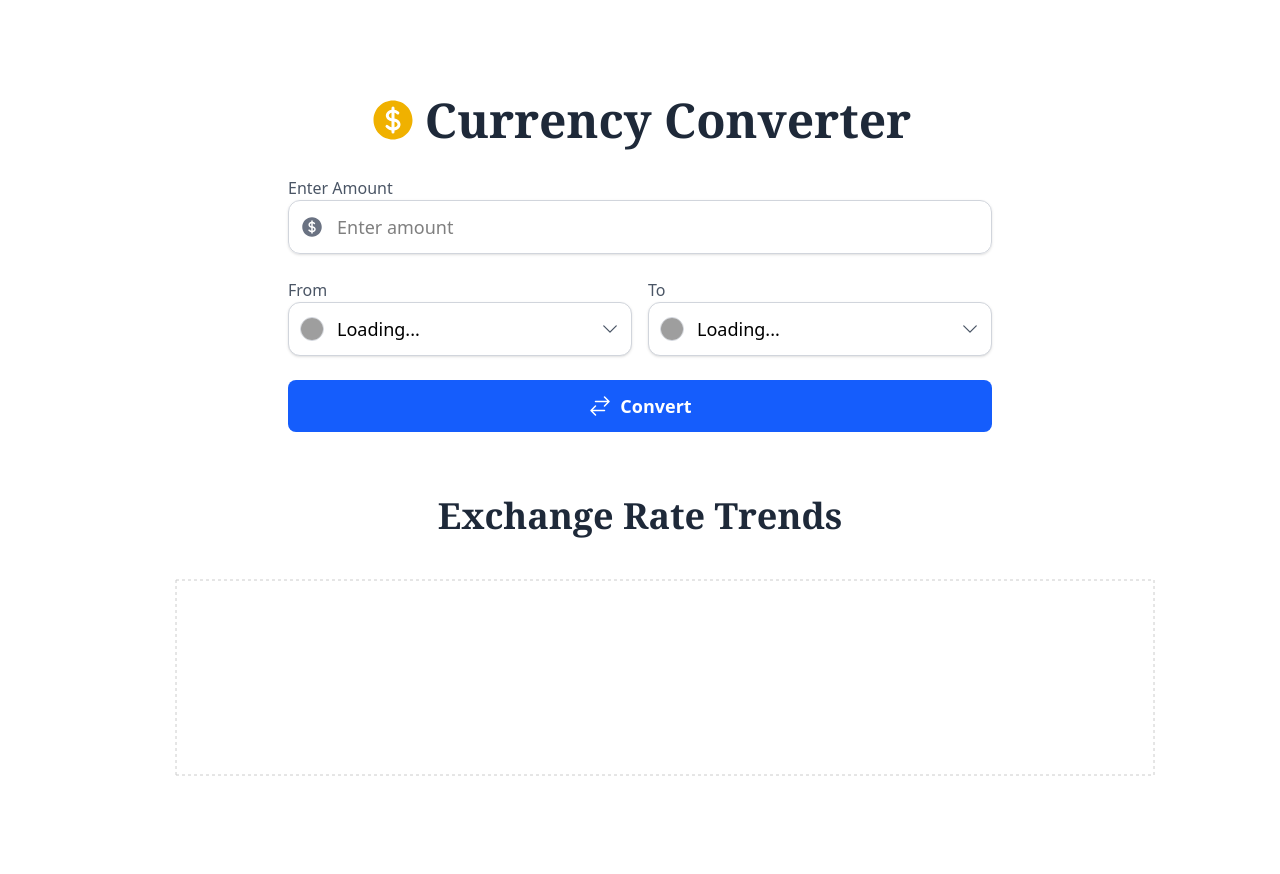
Repository: adrcstro/withcenter_developer_exam
Page: /
These files come from the project's save history. The page is drawn as it stood at one moment and after the next save; the edit follows.
The browser window is 1280 px wide. The pictures show the whole page.
Pictures or frames that could not be fetched are drawn as grey boxes. The page's requests for data from a server got no answer. The project was rebuilt for these pictures with package versions that can differ from the ones it lists, and the page was loaded fresh each time. No one was signed in, and anything a server would have sent is missing. Also part of the build but not shown: vite.config.ts.

Above is the page before, as saved 2025-03-20 08:57:12.

### index.html
<!doctype html>
<html lang="en">
  <head>
    <meta charset="UTF-8" />
    <link rel="icon" type="image/svg+xml" href="/vite.svg" />
    <meta name="viewport" content="width=device-width, initial-scale=1.0" />
    <title>Vite + React + TS</title>
    <!-- public/index.html -->
  <link href="https://fonts.googleapis.com/css2?family=Montserrat:wght@300;400;500;700&display=swap" rel="stylesheet">


  </head>
  <body>
    <div id="root"></div>
    <script type="module" src="/src/main.tsx"></script>
  </body>
</html>

### src/main.tsx

import { createRoot } from 'react-dom/client'
import './index.css'
import App from './App.tsx'

createRoot(document.getElementById('root')!).render(

    <App />

)

### src/App.tsx
import { Provider } from "react-redux";
import { QueryClient, QueryClientProvider } from "@tanstack/react-query";
import { store } from "./Store/store";
import { useAppDispatch, useAppSelector } from "./Store/hooks";
import { setAmount, setFromCurrency, setToCurrency, setConvertedAmount } from "./Store/exchangeRateSlice";
import { useExchangeRates, useSupportedCurrencies } from "./Store/useExchangeRates";
import { ArrowsRightLeftIcon, CurrencyDollarIcon } from "@heroicons/react/24/solid";
import { AreaChart, Area, XAxis, YAxis, CartesianGrid, Tooltip, ResponsiveContainer } from "recharts";
import { ChevronDownIcon } from "@heroicons/react/24/solid"; // Import Heroicons
const queryClient = new QueryClient();
interface Currency {
  code: string;
  name: string;
}
const currencyToCountryCode: Record<string, string> = {
  USD: "us", EUR: "eu", GBP: "gb", JPY: "jp", AUD: "au", CAD: "ca", CHF: "ch", CNY: "cn",
  INR: "in", BRL: "br", ZAR: "za", MXN: "mx", AED: "ae", AFN: "af", ALL: "al", AMD: "am",
  ANG: "an", AOA: "ao", ARS: "ar", AWG: "aw", AZN: "az", BBD: "bb", BDT: "bd", BGN: "bg",
  BHD: "bh", BIF: "bi", BMD: "bm", BND: "bn", BOB: "bo", BSD: "bs", BTN: "bt", BWP: "bw",
  BYN: "by", BZD: "bz", CLP: "cl", COP: "co", CRC: "cr", CUP: "cu", CVE: "cv", CZK: "cz",
  DJF: "dj", DKK: "dk", DOP: "do", DZD: "dz", EGP: "eg", ERN: "er", ETB: "et", FJD: "fj",
  FKP: "fk", FOK: "fo", GEL: "ge", GGP: "gg", GHS: "gh", GIP: "gi", GMD: "gm", GNF: "gn",
  GTQ: "gt", GYD: "gy", HKD: "hk", HNL: "hn", HRK: "hr", HTG: "ht", HUF: "hu", IDR: "id",
  ILS: "il", ISK: "is", JMD: "jm", JOD: "jo", KES: "ke", KGS: "kg", KHR: "kh", KMF: "km",
  KRW: "kr", KWD: "kw", KYD: "ky", KZT: "kz", LAK: "la", LBP: "lb", LKR: "lk", LRD: "lr",
  LSL: "ls", LYD: "ly", MAD: "ma", MDL: "md", MGA: "mg", MKD: "mk", MMK: "mm", MNT: "mn",
  MOP: "mo", MRU: "mr", MUR: "mu", MVR: "mv", MWK: "mw", MYR: "my", MZN: "mz", NAD: "na",
  NGN: "ng", NIO: "ni", NOK: "no", NPR: "np", NZD: "nz", OMR: "om", PAB: "pa", PEN: "pe",
  PGK: "pg", PHP: "ph", PKR: "pk", PLN: "pl", PYG: "py", QAR: "qa", RON: "ro", RSD: "rs",
  RUB: "ru", RWF: "rw", SAR: "sa", SBD: "sb", SCR: "sc", SDG: "sd", SEK: "se", SGD: "sg",
  SHP: "sh", SLL: "sl", SOS: "so", SRD: "sr", SSP: "ss", STN: "st", SYP: "sy", SZL: "sz",
  THB: "th", TJS: "tj", TMT: "tm", TND: "tn", TOP: "to", TRY: "tr", TTD: "tt", TZS: "tz",
  UAH: "ua", UGX: "ug", UYU: "uy", UZS: "uz", VES: "ve", VND: "vn", VUV: "vu", WST: "ws",
  XAF: "cm", XCD: "ag", XOF: "bj", XPF: "pf", YER: "ye", ZMW: "zm", ZWL: "zw",
};


const getFlagUrl = (currencyCode: string) => {
  const countryCode = currencyToCountryCode[currencyCode] || currencyCode.toLowerCase();
  return `https://flagcdn.com/w40/${countryCode}.png`;
};

function CurrencyConverter() {
  const dispatch = useAppDispatch();
  const { fromCurrency, toCurrency, amount, convertedAmount } = useAppSelector((state) => state.exchangeRates);

  const { data: exchangeRates } = useExchangeRates(fromCurrency);
  const { data: currencies, isLoading } = useSupportedCurrencies();

  const handleConvert = () => {
    if (!exchangeRates) return;
    const rate = exchangeRates[toCurrency] || 1;
    dispatch(setConvertedAmount((parseFloat(amount) * rate).toFixed(2)));
  };

  const chartData = exchangeRates
    ? Object.entries(exchangeRates).map(([currency, rate]) => ({ currency, rate }))
    : [];

  return (
    <div className="flex flex-col bg-white justify-center p-8 items-center lg:p-16 md:p-12 min-h-screen">
    <div className="flex flex-col justify-center w-full items-center max-w-[2000px] md:px-8 px-4">


    <div className="bg-white p-4 rounded-xl w-full max-w-3xl md:p-8 sm:p-6">
  <h2 className="flex justify-center text-center text-gray-800 text-xl font-semibold font-serif gap-2 items-center lg:mb-8 lg:text-5xl mb-4 md:mb-6 md:text-4xl sm:mb-5 sm:text-2xl">
    <CurrencyDollarIcon className="h-5 text-yellow-500 w-5 lg:h-12 lg:w-12 md:h-10 md:w-10 sm:h-6 sm:w-6" />
    Currency Converter
  </h2>

  <div className="w-full mb-4 md:mb-6">
    <label className="text-gray-600 text-sm block font-medium sm:text-base">Enter Amount</label>
    <div className="relative">
      <input
        type="number"
        value={amount}
        onChange={(e) => dispatch(setAmount(e.target.value))}
        className="border border-gray-300 rounded-xl shadow-sm text-sm w-full duration-200 focus:outline-none focus:ring-2 focus:ring-blue-500 md:pl-12 md:text-lg pl-8 pr-4 py-2 sm:pl-10 sm:py-3 sm:text-base transition-all"
        placeholder="Enter amount"
      />
      <CurrencyDollarIcon className="h-5 text-gray-500 w-5 -translate-y-1/2 absolute left-3 sm:h-6 sm:w-6 top-1/2" />
    </div>
  </div>

  <div className="flex flex-col gap-4 md:flex-row md:mb-6">
    {/* From Currency */}
    <div className="w-full md:w-1/2">
      <label className="text-gray-600 text-sm block font-medium sm:text-base">From</label>
      <div className="flex items-center relative">
        <img src={getFlagUrl(fromCurrency)} alt={fromCurrency} className="border border-gray-300 h-4 rounded-full w-4 absolute left-3 md:h-6 md:w-6 sm:h-5 sm:w-5" />
        <select
          value={fromCurrency}
          onChange={(e) => dispatch(setFromCurrency(e.target.value))}
          className="bg-white border border-gray-300 rounded-xl shadow-sm text-sm w-full appearance-none duration-200 focus:outline-none focus:ring-2 focus:ring-blue-500 md:pl-12 md:pr-10 md:text-lg pl-8 pr-6 py-2 sm:pl-10 sm:pr-8 sm:py-3 sm:text-base transition-all"
        >
          {isLoading ? (
            <option>Loading...</option>
          ) : (
            currencies?.map(({ code, name }: Currency) => (
              <option key={code} value={code}>
                {code} - {name}
              </option>
            ))
          )}
        </select>
        <ChevronDownIcon className="h-4 text-gray-600 w-4 absolute pointer-events-none right-3 sm:h-5 sm:w-5" />
      </div>
    </div>

    {/* To Currency */}
    <div className="w-full md:w-1/2">
      <label className="text-gray-600 text-sm block font-medium sm:text-base">To</label>
      <div className="flex items-center relative">
        <img src={getFlagUrl(toCurrency)} alt={toCurrency} className="border border-gray-300 h-4 rounded-full w-4 absolute left-3 md:h-6 md:w-6 sm:h-5 sm:w-5" />
        <select
          value={toCurrency}
          onChange={(e) => dispatch(setToCurrency(e.target.value))}
          className="bg-white border border-gray-300 rounded-xl shadow-sm text-sm w-full appearance-none duration-200 focus:outline-none focus:ring-2 focus:ring-blue-500 md:pl-12 md:pr-10 md:text-lg pl-8 pr-6 py-2 sm:pl-10 sm:pr-8 sm:py-3 sm:text-base transition-all"
        >
          {isLoading ? (
            <option>Loading...</option>
          ) : (
            currencies?.map(({ code, name }: Currency) => (
              <option key={code} value={code}>
                {code} - {name}
              </option>
            ))
          )}
        </select>
        <ChevronDownIcon className="h-4 text-gray-600 w-4 absolute pointer-events-none right-3 sm:h-5 sm:w-5" />
      </div>
    </div>
  </div>

  <button
    onClick={handleConvert}
    className="flex bg-blue-600 justify-center rounded-lg text-sm text-white w-full duration-300 font-semibold gap-2 hover:bg-blue-700 items-center md:text-lg py-2 sm:py-3 sm:text-base transition"
  >
    <ArrowsRightLeftIcon className="h-5 w-5 sm:h-6 sm:w-6" />
    Convert
  </button>

  {convertedAmount && (
    <div className="text-center md:mt-6 mt-4 sm:mt-5">
      <p className="text-base text-gray-800 md:text-xl sm:text-lg">
        {amount} {fromCurrency} = <span className="text-green-600 font-bold">{convertedAmount} {toCurrency}</span>
      </p>
    </div>
  )}
</div>


    </div>

    {/* Chart Section */}
    <div className="w-full max-w-7xl md:mt-8 md:px-8 mt-6 px-4">
      <h2 className="flex justify-center text-3xl text-center text-gray-800 font-semibold font-serif gap-2 items-center mb-4 md:mb-6 md:text-4xl">
        Exchange Rate Trends
      </h2>
      <ResponsiveContainer width="100%" height={250}>
        <AreaChart data={chartData} margin={{ top: 20, right: 30, left: 20, bottom: 5 }}>
          <CartesianGrid strokeDasharray="3 3" />
          <XAxis dataKey="currency" />
          <YAxis />
          <Tooltip />
          <Area type="monotone" dataKey="rate" stroke="#8884d8" fill="#8884d8" />
        </AreaChart>
      </ResponsiveContainer>
    </div>
  </div>
  );
}
export default function App() {
  return (
    <Provider store={store}>
      <QueryClientProvider client={queryClient}>
        <CurrencyConverter />
      </QueryClientProvider>
    </Provider>
  );
}

### src/Store/store.ts
// src/store/store.ts
import { configureStore } from "@reduxjs/toolkit";
import exchangeRateReducer from "./exchangeRateSlice";

export const store = configureStore({
  reducer: {
    exchangeRates: exchangeRateReducer,
  },
});

export type RootState = ReturnType<typeof store.getState>;
export type AppDispatch = typeof store.dispatch;

### src/Store/hooks.ts

import { TypedUseSelectorHook, useDispatch, useSelector } from "react-redux";
import type { RootState, AppDispatch } from "./store";

export const useAppDispatch: () => AppDispatch = useDispatch;
export const useAppSelector: TypedUseSelectorHook<RootState> = useSelector;

### src/Store/exchangeRateSlice.ts
// src/store/exchangeRateSlice.ts
import { createSlice, PayloadAction } from "@reduxjs/toolkit";

interface ExchangeRateState {
  fromCurrency: string;
  toCurrency: string;
  amount: string;
  convertedAmount: string;
}

const initialState: ExchangeRateState = {
  fromCurrency: "USD",
  toCurrency: "EUR",
  amount: "",
  convertedAmount: "",
};

const exchangeRateSlice = createSlice({
  name: "exchangeRate",
  initialState,
  reducers: {
    setFromCurrency: (state, action: PayloadAction<string>) => {
      state.fromCurrency = action.payload;
    },
    setToCurrency: (state, action: PayloadAction<string>) => {
      state.toCurrency = action.payload;
    },
    setAmount: (state, action: PayloadAction<string>) => {
      state.amount = action.payload;
    },
    setConvertedAmount: (state, action: PayloadAction<string>) => {
      state.convertedAmount = action.payload;
    },
  },
});

export const { setFromCurrency, setToCurrency, setAmount, setConvertedAmount } = exchangeRateSlice.actions;
export default exchangeRateSlice.reducer;

### src/Store/useExchangeRates.ts
import { useQuery } from "@tanstack/react-query";
import axios from "axios";

const API_KEY = import.meta.env.VITE_EXCHANGE_RATE_API_KEY;
const BASE_URL = "https://v6.exchangerate-api.com/v6";

const fetchCurrencies = async () => {
  const response = await axios.get(`${BASE_URL}/${API_KEY}/codes`);
  return response.data.supported_codes.map(([code, name]: [string, string]) => ({
    code,
    name,
  }));
};
const fetchExchangeRates = async (fromCurrency: string) => {
  const response = await axios.get(`${BASE_URL}/${API_KEY}/latest/${fromCurrency}`);
  return response.data.conversion_rates;
};
export const useExchangeRates = (fromCurrency: string) => {
  return useQuery({
    queryKey: ["exchangeRates", fromCurrency],
    queryFn: () => fetchExchangeRates(fromCurrency),
    staleTime: 1000 * 60 * 10, // 10 minutes cache
  });
};
export const useSupportedCurrencies = () => {
  return useQuery({
    queryKey: ["supportedCurrencies"],
    queryFn: fetchCurrencies,
    staleTime: Infinity,
  });
};

Loaded but not shown: src/index.css (common file)

After the next save:
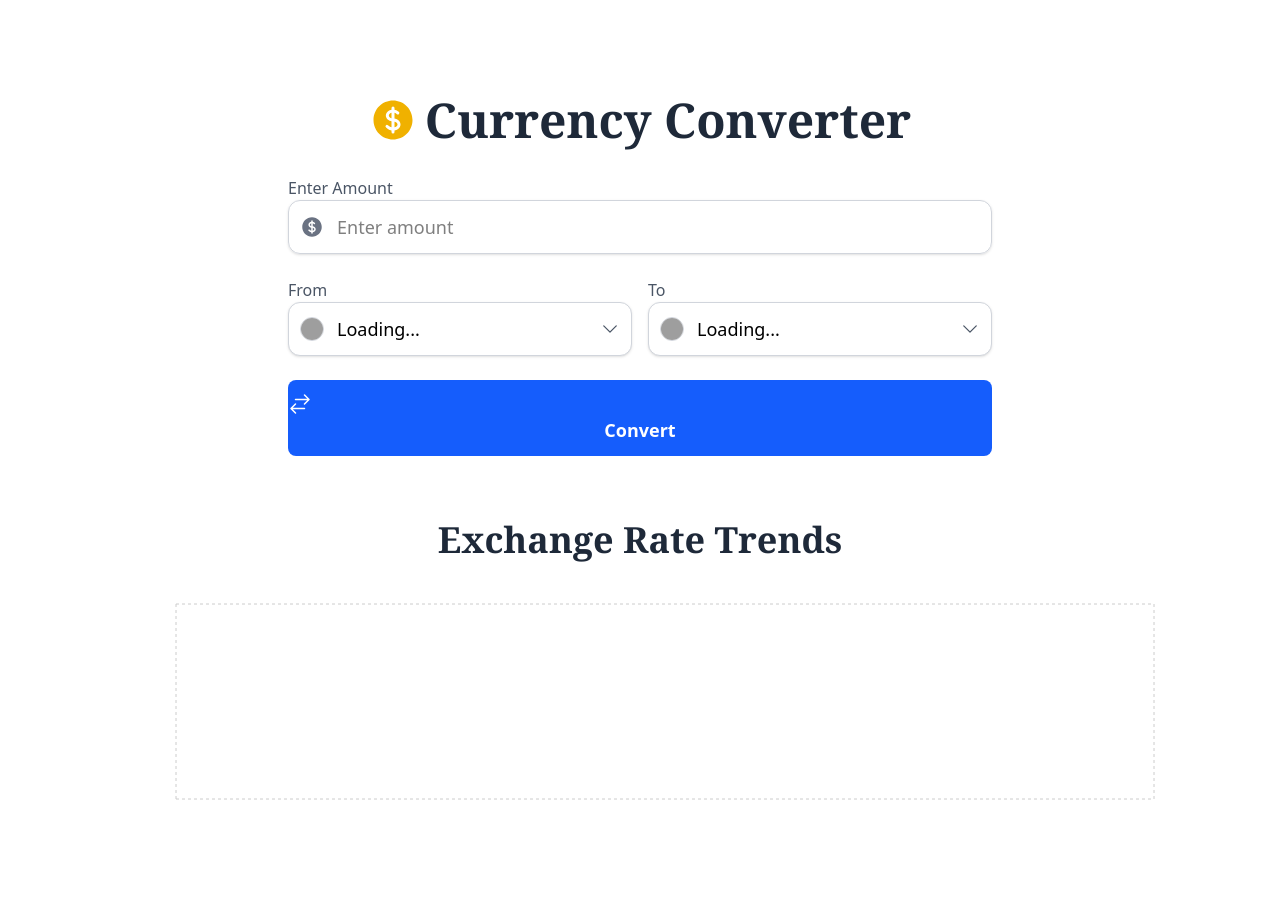
Saved 64 s later.
--- a/src/App.tsx
+++ b/src/App.tsx
@@ -134,7 +134,7 @@
 
   <button
     onClick={handleConvert}
-    className="flex bg-blue-600 justify-center rounded-lg text-sm text-white w-full duration-300 font-semibold gap-2 hover:bg-blue-700 items-center md:text-lg py-2 sm:py-3 sm:text-base transition"
+    className="mt-2flex bg-blue-600 justify-center rounded-lg text-sm text-white w-full duration-300 font-semibold gap-2 hover:bg-blue-700 items-center md:text-lg py-2 sm:py-3 sm:text-base transition"
   >
     <ArrowsRightLeftIcon className="h-5 w-5 sm:h-6 sm:w-6" />
     Convert

After the save that followed:
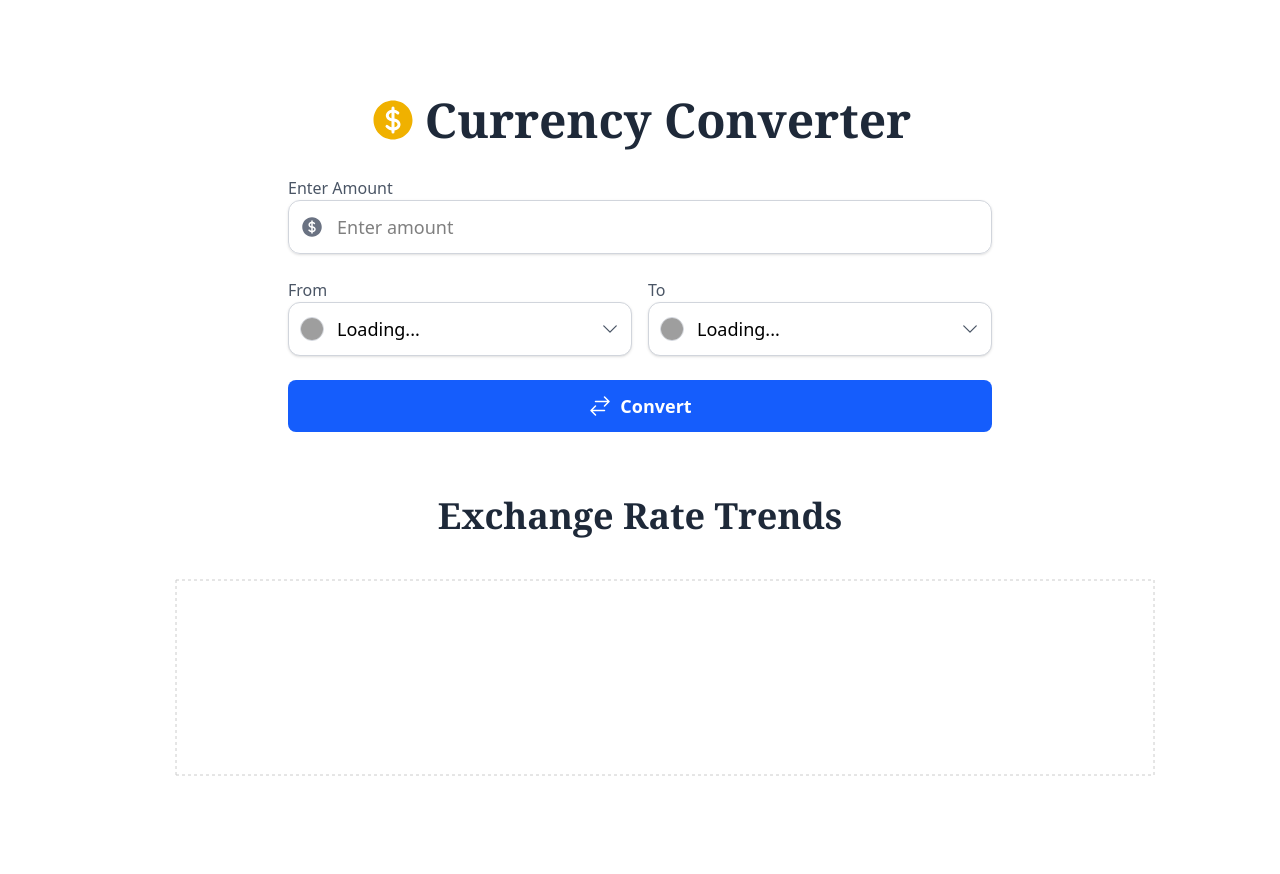
Saved 6 s later.
--- a/src/App.tsx
+++ b/src/App.tsx
@@ -134,7 +134,7 @@
 
   <button
     onClick={handleConvert}
-    className="mt-2flex bg-blue-600 justify-center rounded-lg text-sm text-white w-full duration-300 font-semibold gap-2 hover:bg-blue-700 items-center md:text-lg py-2 sm:py-3 sm:text-base transition"
+    className="mt-2 flex bg-blue-600 justify-center rounded-lg text-sm text-white w-full duration-300 font-semibold gap-2 hover:bg-blue-700 items-center md:text-lg py-2 sm:py-3 sm:text-base transition"
   >
     <ArrowsRightLeftIcon className="h-5 w-5 sm:h-6 sm:w-6" />
     Convert
